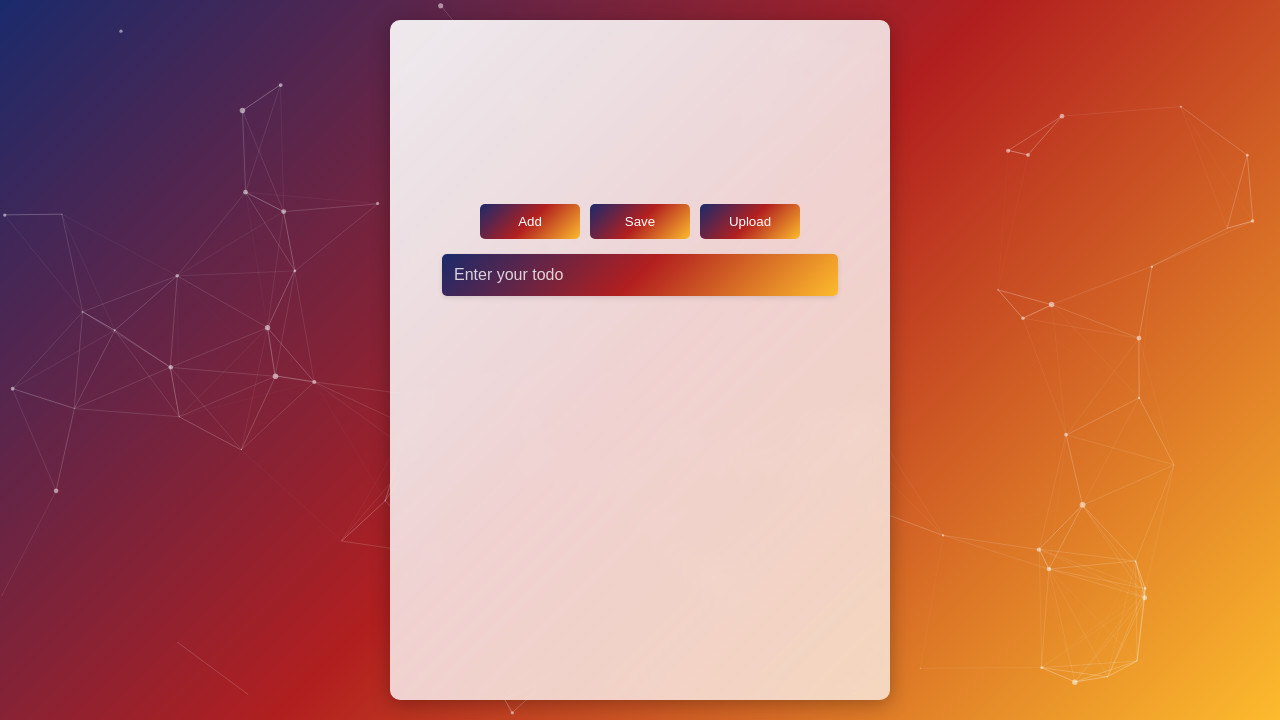
Repository: Teycir/todo-app
Page: index.html
The author's editor kept a copy of each file at every save. The page is drawn from the files as they stood at one save, then again after the next save.
The browser window is 1280 px wide. The pictures show the whole page.

Above is the page before, as saved 2024-11-07 19:05:39.

After the next save:
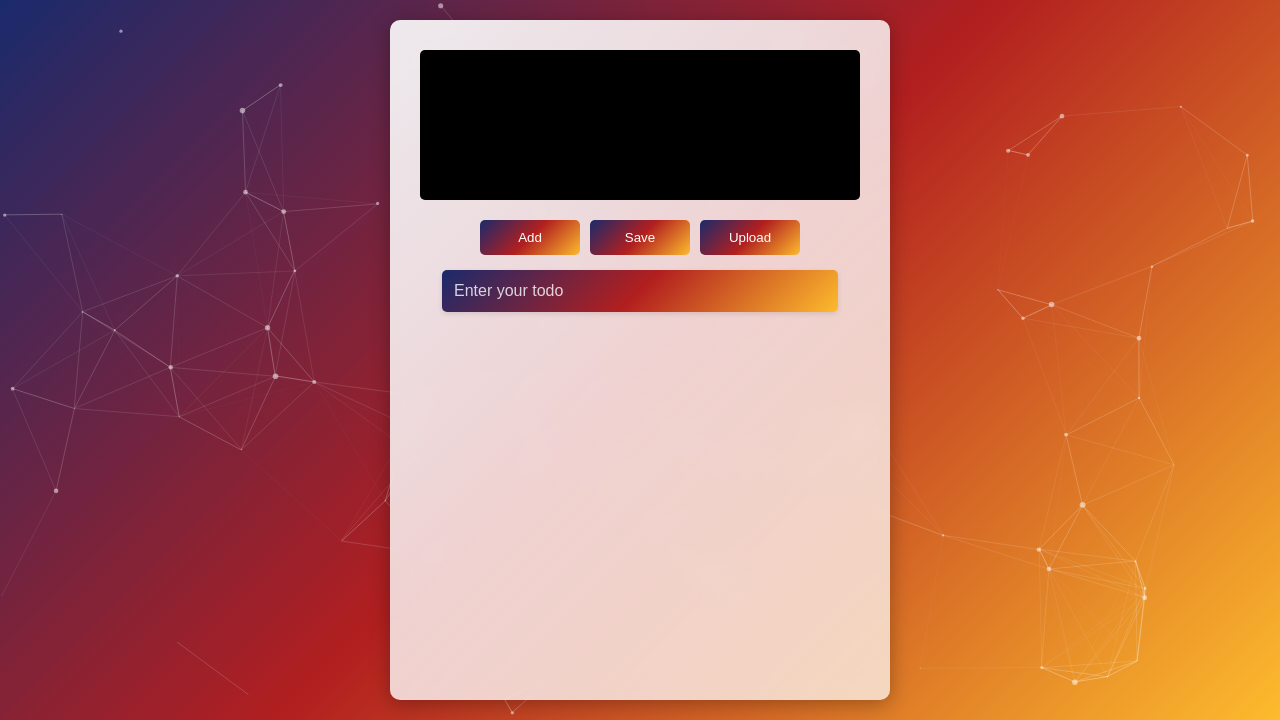
Saved 41 s later.
--- a/style.css
+++ b/style.css
@@ -40,11 +40,21 @@ body {
     z-index: 2;
 }
 
-h1 {
-    color: #1a2a6c;
-    text-align: center;
+.title-container {
+    height: 150px;
+    position: relative;
     margin-bottom: 20px;
-    text-shadow: 1px 1px 2px rgba(0, 0, 0, 0.2);
+    background: black;
+    border-radius: 5px;
+    overflow: hidden;
+}
+
+#titleCanvas {
+    width: 100%;
+    height: 100%;
+    position: absolute;
+    top: 0;
+    left: 0;
 }
 
 .input-section {
